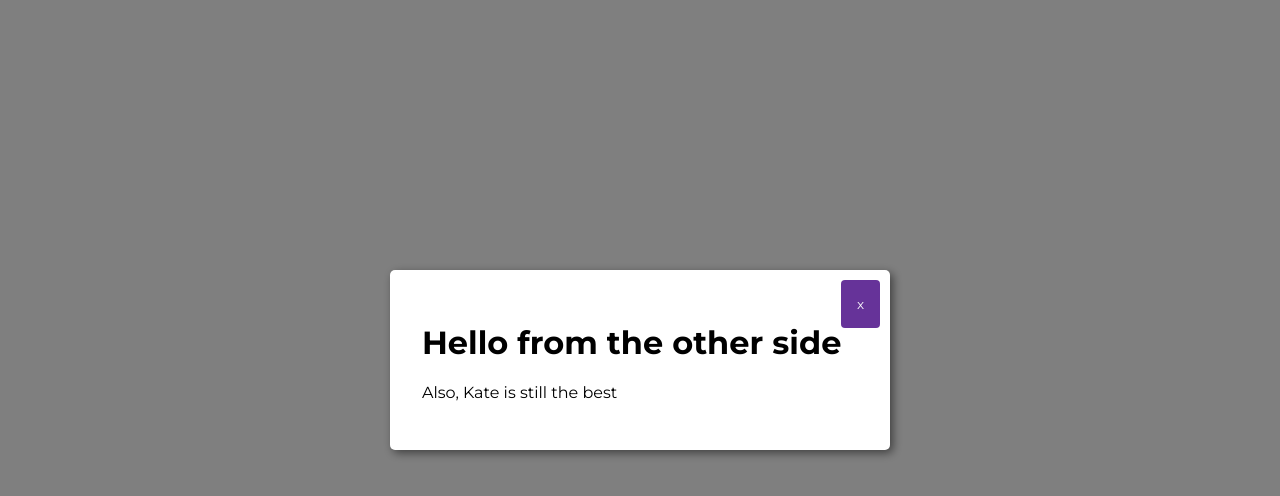
Repository: kate30980/js-practice
Page: popup-modal/index.html
The author's editor kept a copy of each file at every save. The page is drawn from the files as they stood at one save, then again after the next save.
The browser window is 1280 px wide. The pictures show the whole page.

Above is the page before, as saved 2021-08-28 23:22:28.

After the next save:
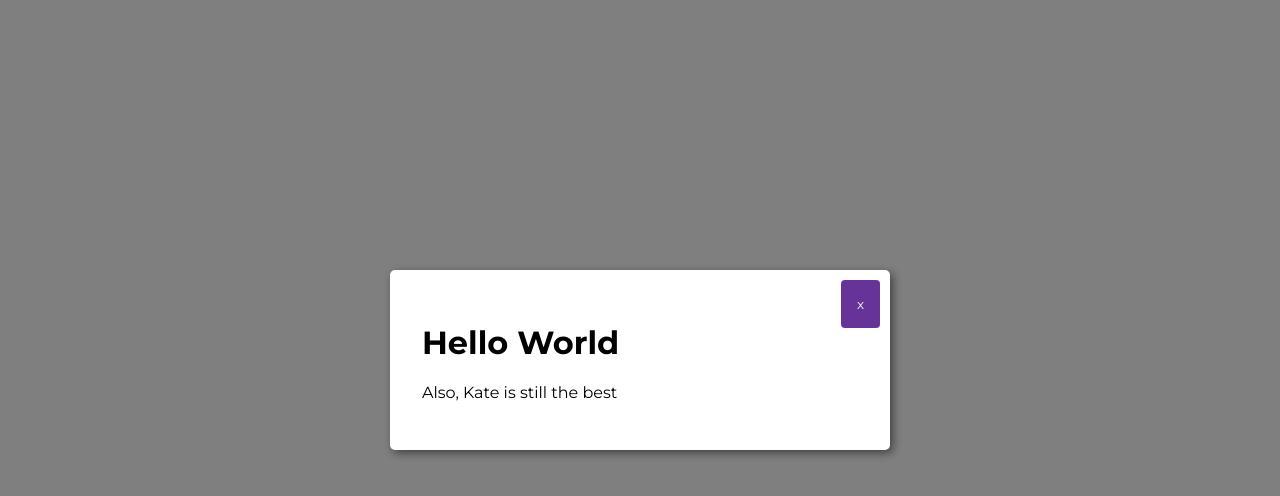
Saved 10 s later.
--- a/popup-modal/index.html
+++ b/popup-modal/index.html
@@ -16,7 +16,7 @@
     <div class="popup-container">
         <div class="popup">
             <button id="close">x</button>
-            <h1>Hello from the other side</h1>
+            <h1>Hello World</h1>
             <p>Also, Kate is still the best</p>
         </div>
     </div>
